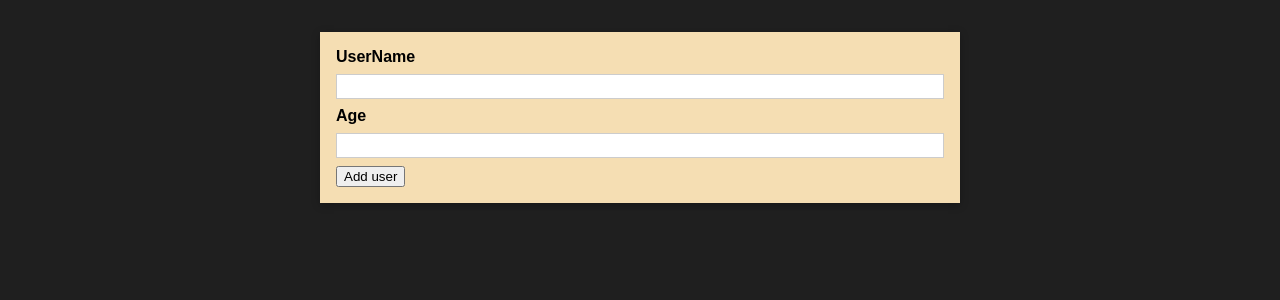
Repository: Wakkaba/08-Demo-proj
Page: /
These files come from the project's save history. The page is drawn as it stood at one moment and after the next save; the edit follows.
The browser window is 1280 px wide. The pictures show the whole page.
The project was rebuilt for these pictures with package versions that can differ from the ones it lists, and the page was loaded fresh each time.

Above is the page before, as saved 2021-10-25 16:31:54.

### src/App.js
import React from "react";
import { AdUser } from "./components/Users/AddUser";

function App() {
  return (
    <div>
      <AdUser />
    </div>
  );
}

export default App;

### src/components/Users/AddUser.js
import React from "react";
import './AddUser.css'
import { Card } from "../UI/Card";

export const AdUser = (props) => {
  const addUserHandler = (e) => {
    e.preventDefault();
  };

  return (
    <Card className="input">
      <form onSubmit={addUserHandler}>
        <label htmlFor="username">UserName</label>
        <input id="username" type="text" />
        <label htmlFor="age">Age</label>
        <input id="age" type="number" />
        <button type="submit">Add user</button>
      </form>
    </Card>
  );
};

### src/components/UI/Card.js
import React from "react";
import "./Card.css";

export const Card = (props) => {
  return <div className={` ${'card'} ${props.className}`}>{props.children}</div>;
};

### src/components/UI/Card.css
.card {
    background: wheat;
    box-shadow: 0 2px 8px rgba(0, 0, 0, 0.26);
}

### src/components/UI/Button.js
import React from "react";
import "./Button.css";

export const Button = (props) => {
  return (
    <div
      onClick={props.onClick}
      className="button"
      type={props.type || "button"}
    >
      {props.children}
    </div>
  );
};

Loaded but not shown: public/index.html (common file); src/index.js (common file); src/index.css (common file); src/components/Users/AddUser.css (common file); src/components/UI/Button.css (common file)

After the next save:
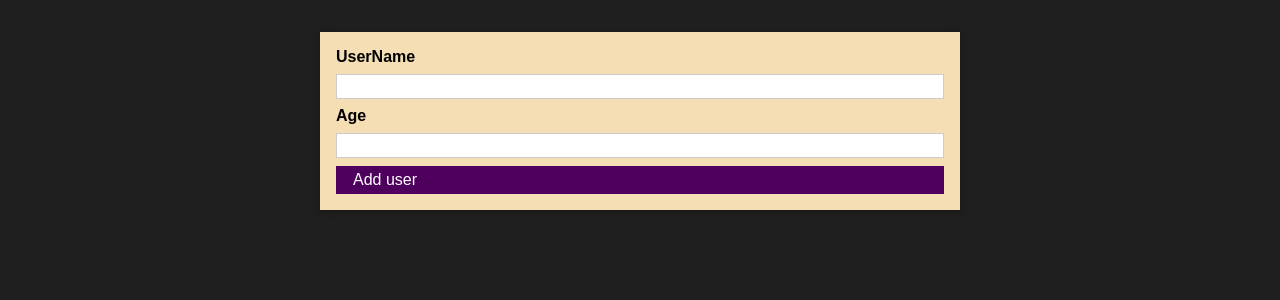
Saved 82 s later.
--- a/src/components/Users/AddUser.js
+++ b/src/components/Users/AddUser.js
@@ -1,6 +1,7 @@
 import React from "react";
 import './AddUser.css'
 import { Card } from "../UI/Card";
+import {Button} from '../UI/Button';
 
 export const AdUser = (props) => {
   const addUserHandler = (e) => {
@@ -14,7 +15,7 @@ export const AdUser = (props) => {
         <input id="username" type="text" />
         <label htmlFor="age">Age</label>
         <input id="age" type="number" />
-        <button type="submit">Add user</button>
+        <Button type="submit">Add user</Button>
       </form>
     </Card>
   );
